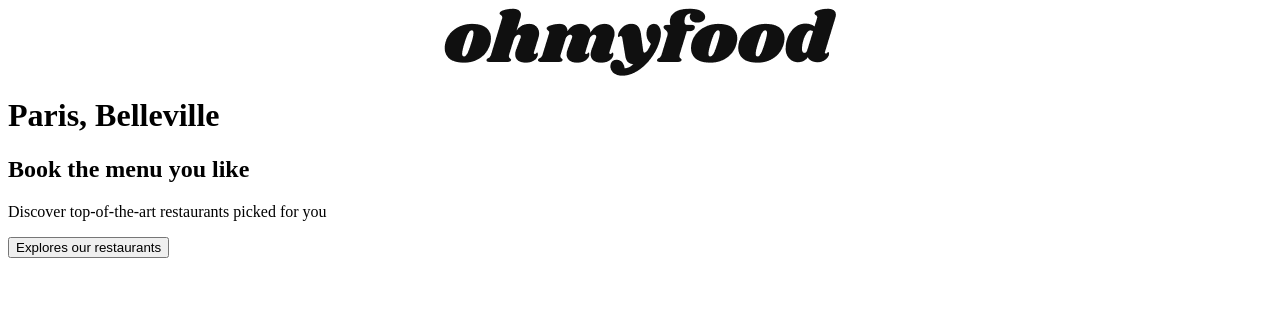
Repository: ailahin/ohmyfood
Page: Index.html
The author's editor kept a copy of each file at every save. The page is drawn from the files as they stood at one save, then again after the next save.
The browser window is 1280 px wide. The pictures show the whole page.

Above is the page before, as saved 2023-08-10 04:32:35.

After the next save:
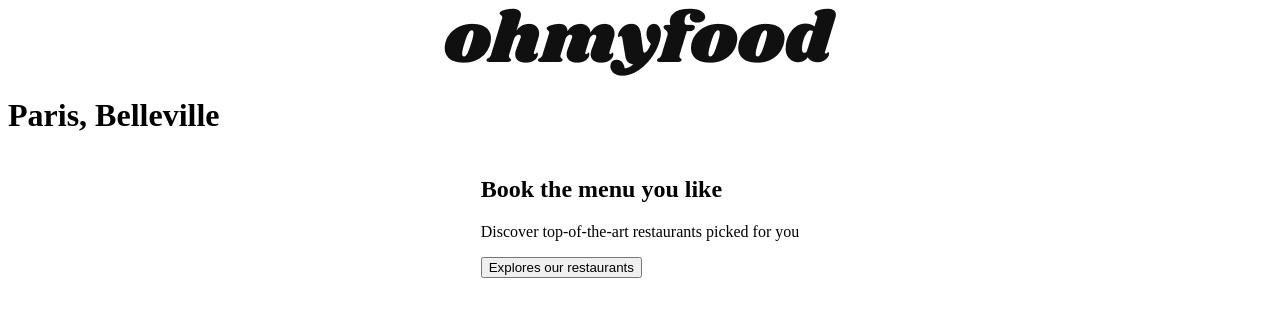
Saved 7 s later.
--- a/index.css
+++ b/index.css
@@ -4,7 +4,7 @@
     justify-content:center;
 
 }
-.nav-bar{
+nav{
     align-items: center;
     justify-content: center;
     display: flex;
